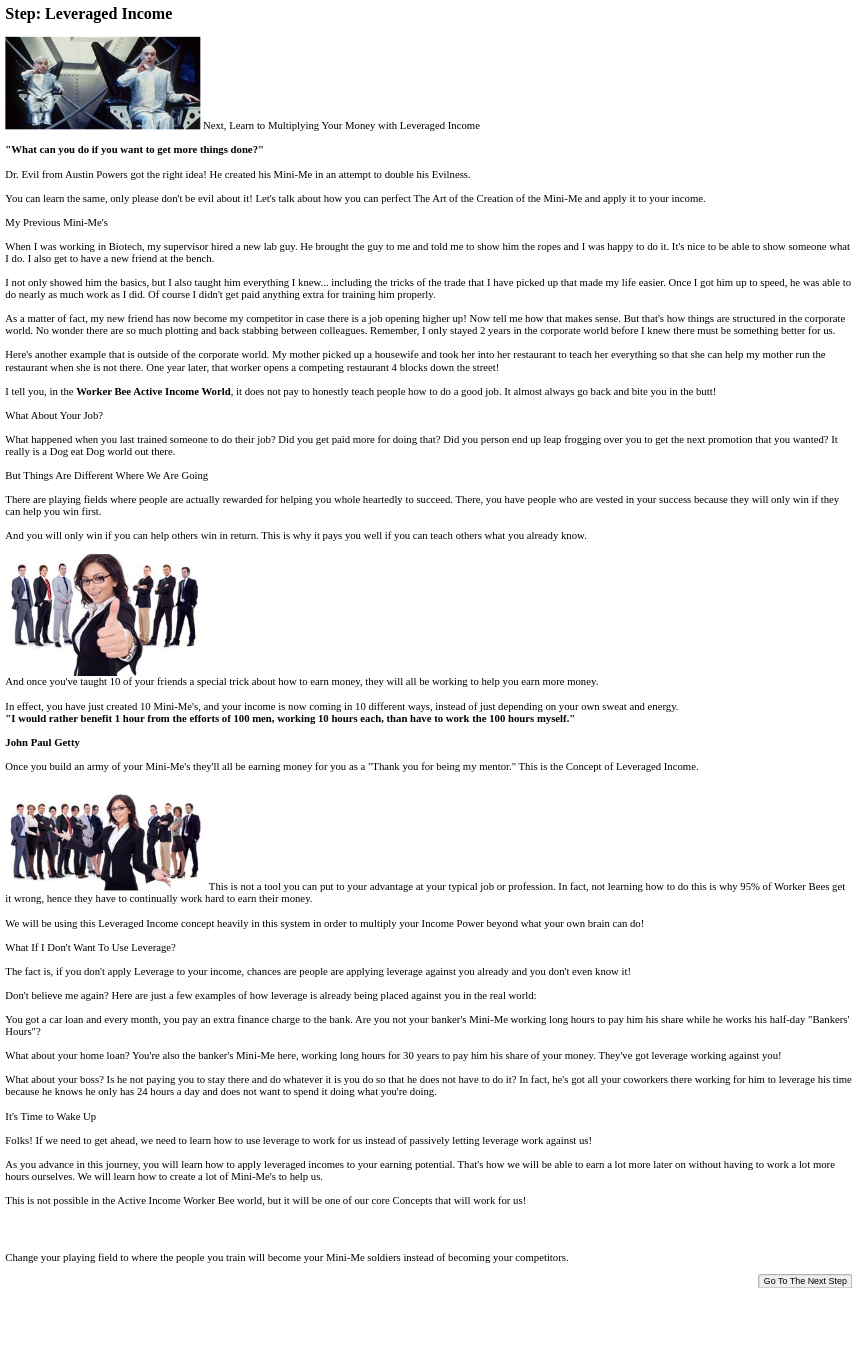
Repository: DevZubair/Danh-App
Page: www/templates/steps-leverage.html
The author's editor kept a record of every edit. The page is drawn from the files as they stood at one moment, then again after the next edit.
The browser window is 1280 px wide. The pictures show the whole page, at 67% of full size.

Above is the page before.

### www/templates/steps-leverage.html
<!--<ion-view view-title="Leverage">
  <ion-content>-->

 <div class="padding">
    <div class="item item-divider item-balanced" >
      <h2 class="text-white">Step: Leveraged Income</h2>
    </div>

    <div class="item item-text-wrap white-box">
      <div class="row">
        <div class="col">
         <img src="img/mini-me.jpg" class="images-right-50"></img>
         <span class="subtitle">Next, Learn to Multiplying Your Money with Leveraged Income </span><br><br>

            <b>"What can you do if you want to get more things done?"</b><br><br>

            Dr. Evil from Austin Powers got the right idea!  He created his Mini-Me in an attempt to double his Evilness.<br><br>

            You can learn the same, only please don't be evil about it!  Let's talk about how you can perfect The Art of the Creation of the Mini-Me and apply it to your income.<br><br>



            <span class="subtitle">My Previous Mini-Me's</span><br><br>

            When I was working in Biotech, my supervisor hired a new lab guy.  He brought the guy to me and told me to show him the ropes and  I was happy to do it.  It's nice to be able to show someone what I do.  I also get to have a new friend at the bench.<br><br>

            I not only showed him the basics, but I also taught him everything I knew... including the tricks of the trade that I have picked up that made my life easier.  Once I got him up to speed, he was able to do nearly as much work as I did.  Of course I didn't get paid anything extra for training him properly.<br><br>

            As a matter of fact, my new friend has now become my competitor in case there is a job opening higher up!  Now tell me how that makes sense.  But that's how things are structured in the corporate world.  No wonder there are so much plotting and back stabbing between colleagues.  Remember, I only stayed 2 years in the corporate world before I knew there must be something better for us.<br><br>

            Here's another example that is outside of the corporate world.  My mother picked up a housewife and took her into her restaurant to teach her everything so that she can help my mother run the restaurant when she is not there.  One year later, that worker opens a competing restaurant 4 blocks down the street!<br><br>

            I tell you, in the <b>Worker Bee Active Income World</b>, it does not pay to honestly teach people how to do a good job.  It almost always go back and bite you in the butt!<br><br>



            <span class="subtitle">What About Your Job?</span><br><br>

            What happened when you last trained someone to do their job?  Did you get paid more for doing that?  Did you person end up leap frogging over you to get the next promotion that you wanted?  It really is a Dog eat Dog world out there.<br><br>



            <span class="subtitle">But Things Are Different Where We Are Going</span><br><br>

            There are playing fields where people are actually rewarded for helping you whole heartedly to succeed.  There, you have people who are vested in your success because they will only win if they can help you win first.<br><br>

            And you will only win if you can help others win in return.  This is why it pays you well if you can teach others what you already know.<br><br>
            </div>
            </div>

            <div class="row">
              <div class="col">
               <img src="img/myTeam.jpg" class="images-center"></img><br>
            And once you've taught 10 of your friends a special trick about how to earn money, they will all be working to help you earn more money.<br><br>



            In effect, you have just created 10 Mini-Me's, and your income is now coming in 10 different ways, instead of just depending on your own sweat and energy.<br>



            <div class="div-rounded"><b>"I would rather benefit 1 hour from the efforts of 100 men, working 10 hours each, than have to work the 100 hours myself."<br><br>



            John Paul Getty</b>
            </div><br>



            Once you build an army of your Mini-Me's they'll all be earning money for you as a "Thank you for being my mentor."  This is the Concept of Leveraged Income.<br><br>

            </div>
            </div>

            <div class="row">
              <div class="col">
               <img src="img/myArmy.jpg" class="images-center"></img>
            This is not a tool you can put to your advantage at your typical job or profession.  In fact, not learning how to do this is why 95% of Worker Bees get it wrong, hence they have to continually work hard to earn their money.<br><br>

            We will be using this Leveraged Income concept heavily in this system in order to multiply your Income Power beyond what your own brain can do!<br><br>



            <span class="subtitle">What If I Don't Want To Use Leverage?</span><br><br>

            The fact is, if you don't apply Leverage to your income, chances are people are applying leverage against you already and you don't even know it!<br><br>

            Don't believe me again?  Here are just a few examples of how leverage is already being placed against you in the real world:<br><br>



            You got a car loan and every month, you pay an extra finance charge to the bank.  Are you not your banker's Mini-Me working long hours to pay him his share while he works his half-day "Bankers' Hours"?<br><br>


            What about your home loan? You're also the banker's Mini-Me here, working long hours for 30 years to pay him his share of your money.  They've got leverage working against you!<br><br>


            What about your boss?  Is he not paying you to stay there and do whatever it is you do so that he does not have to do it?  In fact, he's got all your coworkers there working for him to leverage his time because he knows he only has 24 hours a day and does not want to spend it doing what you're doing.<br><br>


            <span class="subtitle">It's Time to Wake Up</span><br><br>

            Folks! If we need to get ahead, we need to learn how to use leverage to work for us instead of passively letting leverage work against us!<br><br>

            As you advance in this journey, you will learn how to apply leveraged incomes to your earning potential.  That's how we will be able to earn a lot more later on without having to work a lot more hours ourselves.  We will learn how to create a lot of Mini-Me's to help us.<br><br>



            <span class="subtitle">This is not possible in the Active Income Worker Bee world, but it will be one of our core Concepts that will work for us!  </span>





        </div>
      </div>


    </div>


    <div class="item item-divider item-balanced" >
     <h2 style="color:white">Lesson: </h2>
    </div>

    <div class="item item-text-wrap">
       <p> Change your playing field to where the people you train will become your Mini-Me soldiers instead of becoming your competitors. </p>
    </div>
  </div>


  <div class="padding" style="height:100px">
    <button class="button button-balanced" style="float:right" ng-click="unlockNextPage('stepsTechie')">Go To The Next Step</button>
  </div>


    <!--
  <div class="padding">
    <p style="text-align:center"><small>Disclaimer2: The viewpoints expressed here are the opinions of Residuals.mobi and do not represent certified financial or investment advise, nor does is guarrantee any success or profit should you follow it.  You are encouraged to seek consultation with a certified professional if you need such services.</small></p>
  </div>
  -->

<!--  </ion-content>
</ion-view>-->

After the next edit:
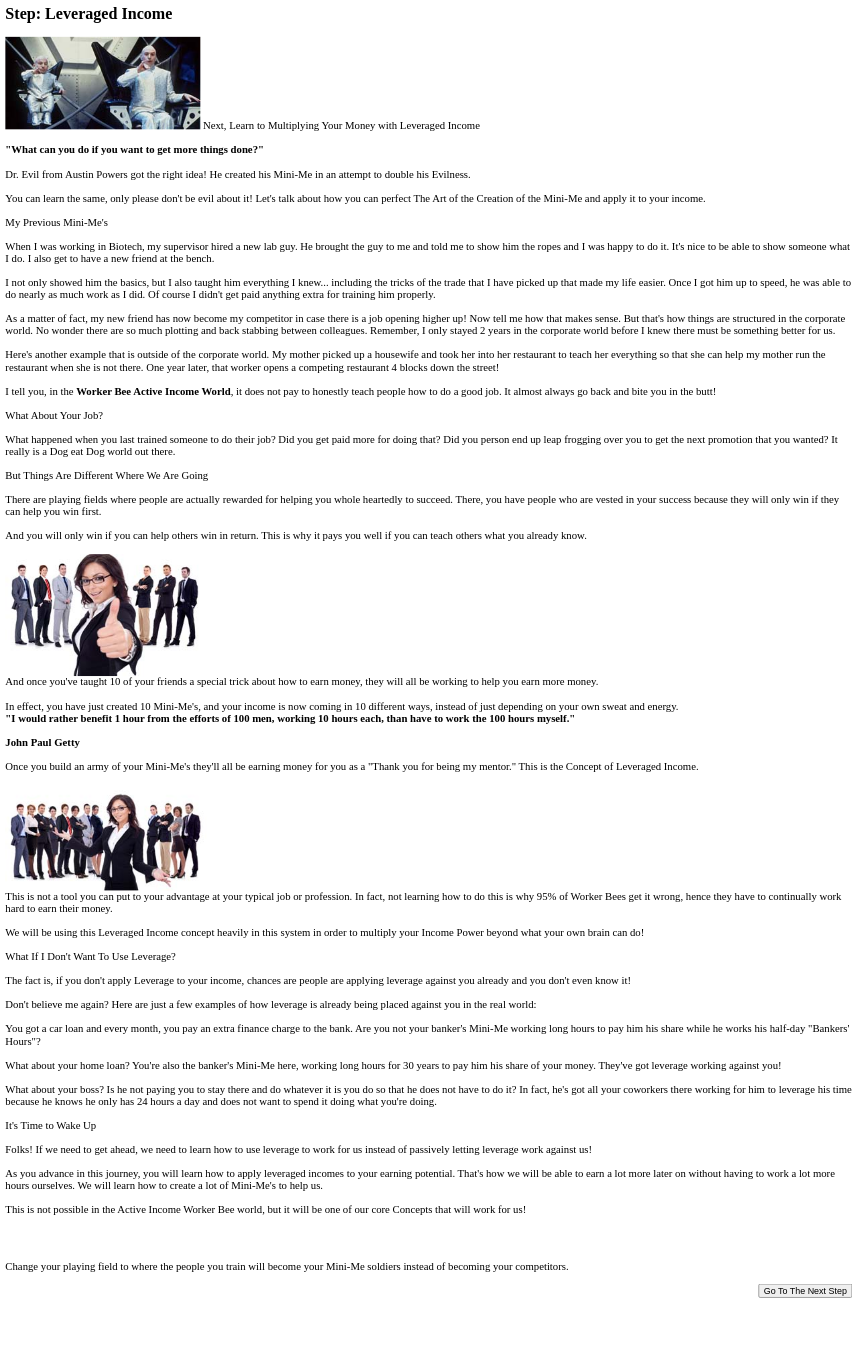
The edit:
--- a/www/templates/steps-leverage.html
+++ b/www/templates/steps-leverage.html
@@ -75,7 +75,7 @@
 
             <div class="row">
               <div class="col">
-               <img src="img/myArmy.jpg" class="images-center"></img>
+               <img src="img/myArmy.jpg" class="images-center"></img><br>
             This is not a tool you can put to your advantage at your typical job or profession.  In fact, not learning how to do this is why 95% of Worker Bees get it wrong, hence they have to continually work hard to earn their money.<br><br>
 
             We will be using this Leveraged Income concept heavily in this system in order to multiply your Income Power beyond what your own brain can do!<br><br>
